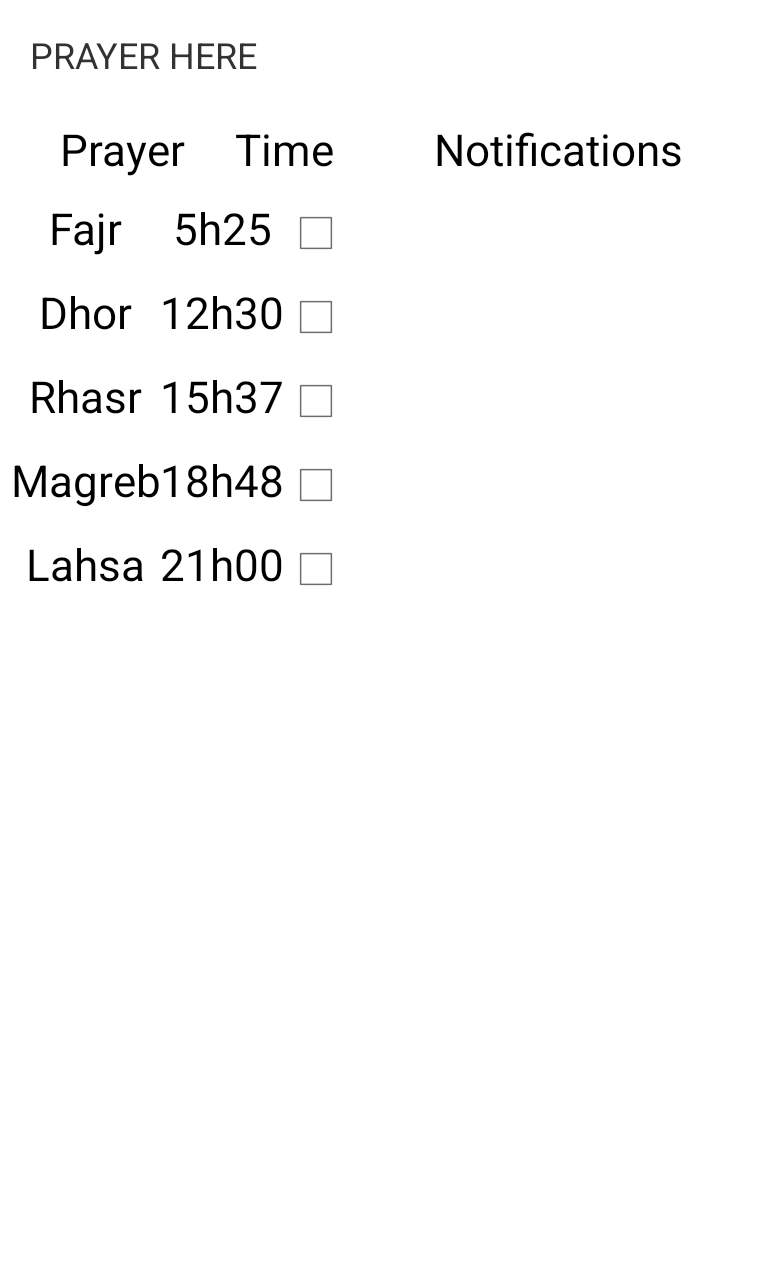
Repository: Osamah/Afstudeerwerk
Layout: NativeApp/SecondPillar/res/layout/activity_prayer.xml
An editor plug-in stored every save of this project. The layout is shown before and after the next save, followed by the edit.
It is drawn on a 768 x 1280 px phone screen (xhdpi) without system bars, with theme AppTheme; the app's code is not run.

Above is the layout before, as saved 2012-12-27 23:57:26.

### NativeApp/SecondPillar/res/layout/activity_prayer.xml
<?xml version="1.0" encoding="utf-8"?>
<LinearLayout
  xmlns:android="http://schemas.android.com/apk/res/android"
  android:orientation="vertical"
  android:layout_width="match_parent"
  android:layout_height="match_parent">

  <!-- Screen Design -->
  <TextView android:text="PRAYER HERE"
            android:padding="15dip"
            android:textSize="18dip"
            android:layout_width="fill_parent"
            android:layout_height="wrap_content"/>



  <TableLayout xmlns:android="http://schemas.android.com/apk/res/android"
    android:id="@+id/tblPrayer"
    android:layout_width="fill_parent"
    android:layout_height="fill_parent" >

  <!-- HEADER -->
 	<TableRow
        android:id="@+id/headerRow"
        android:layout_width="fill_parent"
        android:layout_height="wrap_content"
        android:padding="5dip" >

        <TextView
            android:id="@+id/headerCol1"
            android:text="@string/headerCol1"
            android:layout_weight="1"
            android:gravity="center"
            android:textAppearance="?android:attr/textAppearanceLarge" />

        <TextView
            android:id="@+id/headerCol2"
            android:text="@string/headerCol2"
            android:layout_weight="1"
            android:textAppearance="?android:attr/textAppearanceLarge" />

     	<TextView
            android:id="@+id/headerCol3"
            android:text="@string/headerCol3"
            android:layout_weight="1"
            android:textAppearance="?android:attr/textAppearanceLarge" />

  	</TableRow>

 	<!-- PRAYER 1 -->
    <TableRow
        android:id="@+id/fjarRow"
        android:layout_width="wrap_content"
        android:layout_height="wrap_content"
        android:padding="5dip" >

        <TextView
            android:id="@+id/prayer1"
            android:text="@string/prayer1"
            android:textAppearance="?android:attr/textAppearanceLarge"
            android:gravity="center"/>

        <TextView
            android:id="@+id/prayerTime1"
            android:text="@string/prayerTime1"
            android:textAppearance="?android:attr/textAppearanceLarge"
            android:gravity="center"/>

        <CheckBox
            android:id="@+id/prayerNotification1"
            android:gravity="center"
        />
  	</TableRow>

    <!-- PRAYER 2 -->
    <TableRow
        android:id="@+id/dhorRow"
        android:layout_width="wrap_content"
        android:layout_height="wrap_content"
        android:padding="5dip" >

       <TextView
            android:id="@+id/prayer2"
            android:text="@string/prayer2"
            android:textAppearance="?android:attr/textAppearanceLarge"
            android:gravity="center"
            />

        <TextView
            android:id="@+id/prayerTime2"
            android:text="@string/prayerTime2"
            android:textAppearance="?android:attr/textAppearanceLarge"
            android:gravity="center"
            />

        <CheckBox
            android:id="@+id/prayerNotification2"
            android:gravity="center"
        />
  	</TableRow>

    <!-- PRAYER 3 -->
    <TableRow
        android:id="@+id/rhasrRow"
        android:layout_width="wrap_content"
        android:layout_height="wrap_content"
        android:padding="5dip" >

       <TextView
            android:id="@+id/prayer3"
            android:text="@string/prayer3"
            android:textAppearance="?android:attr/textAppearanceLarge"
            android:gravity="center" />

        <TextView
            android:id="@+id/prayerTime3"
            android:text="@string/prayerTime3"
            android:textAppearance="?android:attr/textAppearanceLarge"
            android:gravity="center" />

        <CheckBox
            android:id="@+id/prayerNotification3"
            android:gravity="center"
        />
  	</TableRow>

    <!-- PRAYER 4 -->
    <TableRow
        android:id="@+id/magrebRow"
        android:layout_width="wrap_content"
        android:layout_height="wrap_content"
        android:padding="5dip" >

        <TextView
            android:id="@+id/prayer4"
            android:text="@string/prayer4"
            android:textAppearance="?android:attr/textAppearanceLarge"
            android:gravity="center"
            />

        <TextView
            android:id="@+id/prayerTime4"
            android:text="@string/prayerTime4"
            android:textAppearance="?android:attr/textAppearanceLarge"
            android:gravity="center"
            />

        <CheckBox
            android:id="@+id/prayerNotification4"
            android:gravity="center"
        />
  	</TableRow>


    <!-- PRAYER 5 -->
    <TableRow
        android:id="@+id/lahsaRow"
        android:layout_width="wrap_content"
        android:layout_height="wrap_content"
        android:padding="5dip" >

  		 <TextView
            android:id="@+id/prayer5"
            android:text="@string/prayer5"
            android:textAppearance="?android:attr/textAppearanceLarge"
            android:gravity="center"
            />

        <TextView
            android:id="@+id/prayerTime5"
            android:text="@string/prayerTime5"
            android:gravity="center"
            android:textAppearance="?android:attr/textAppearanceLarge"
            />

        <CheckBox
            android:id="@+id/prayerNotification5"
            android:gravity="center"
            android:layout_width="wrap_content"
            android:layout_height="wrap_content"
        />
  	</TableRow>
    </TableLayout>


</LinearLayout>

### NativeApp/SecondPillar/res/values/strings.xml
<?xml version="1.0" encoding="utf-8"?>
<resources>

    <string name="app_name">Second Pillar</string>
    <string name="edit_message">Enter a message</string>
    <string name="button_send">Send</string>
    <string name="menu_settings">Settings</string>
    <string name="favorite">MyFavorite String</string>
    <string name="menu_search">Search</string>



    <string name="headerCol1">Prayer</string>
    <string name="headerCol2">Time</string>
    <string name="headerCol3">Notifications</string>

    <string name="prayer1">Fajr</string>
    <string name="prayer2">Dhor</string>
    <string name="prayer3">Rhasr</string>
    <string name="prayer4">Magreb</string>
    <string name="prayer5">Lahsa</string>

    <string name="prayerTime1">5h25</string>
    <string name="prayerTime2">12h30</string>
    <string name="prayerTime3">15h37</string>
    <string name="prayerTime4">18h48</string>
    <string name="prayerTime5">21h00</string>

</resources>

Loaded but not shown: NativeApp/SecondPillar/res/values/styles.xml (common file); NativeApp/SecondPillar/res/values-v11/styles.xml (common file); NativeApp/SecondPillar/res/values-v14/styles.xml (common file)

After the next save:
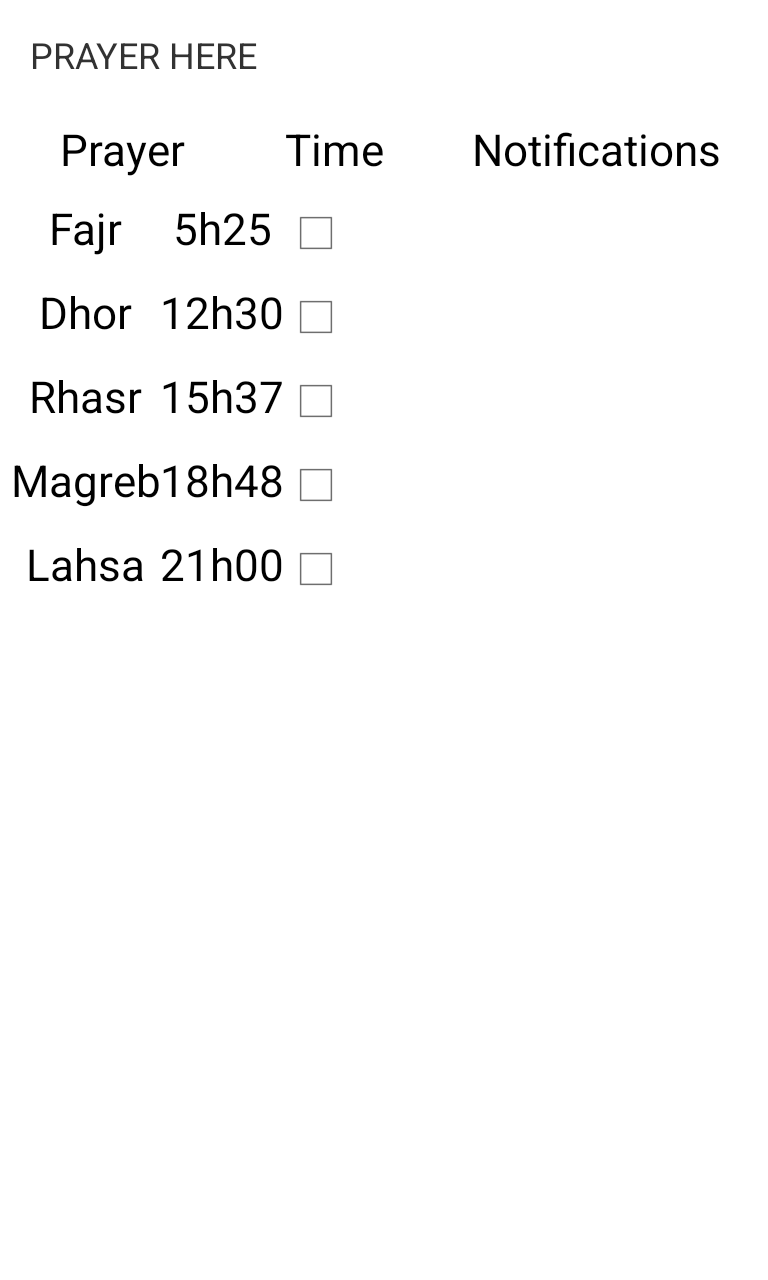
Saved 45 s later.
--- a/NativeApp/SecondPillar/res/layout/activity_prayer.xml
+++ b/NativeApp/SecondPillar/res/layout/activity_prayer.xml
@@ -37,12 +37,14 @@
             android:id="@+id/headerCol2"
             android:text="@string/headerCol2"
             android:layout_weight="1"
+            android:gravity="center"
             android:textAppearance="?android:attr/textAppearanceLarge" />
 
      	<TextView
             android:id="@+id/headerCol3"
             android:text="@string/headerCol3"
             android:layout_weight="1"
+            android:gravity="center"
             android:textAppearance="?android:attr/textAppearanceLarge" />
 
   	</TableRow>
